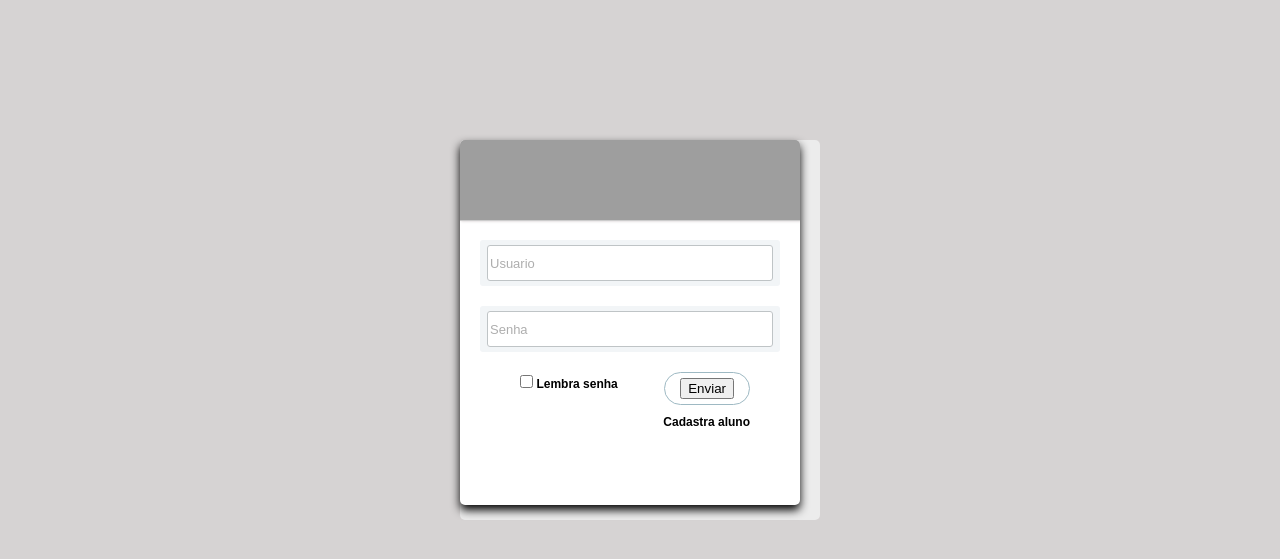
Repository: luisjonson/ProjetoWebAcademia
Page: http://localhost/RepositorioWebProject/Login.jsp
An editor plug-in stored every save of this project. The page is shown before and after the next save, followed by the edit.
The browser window is 1280 px wide. The pictures show the whole page.
Pictures or frames that could not be fetched are drawn as grey boxes. The page is served by Tomcat 9.

Above is the page before, as saved 2017-04-10 01:57:18.

After the next save:
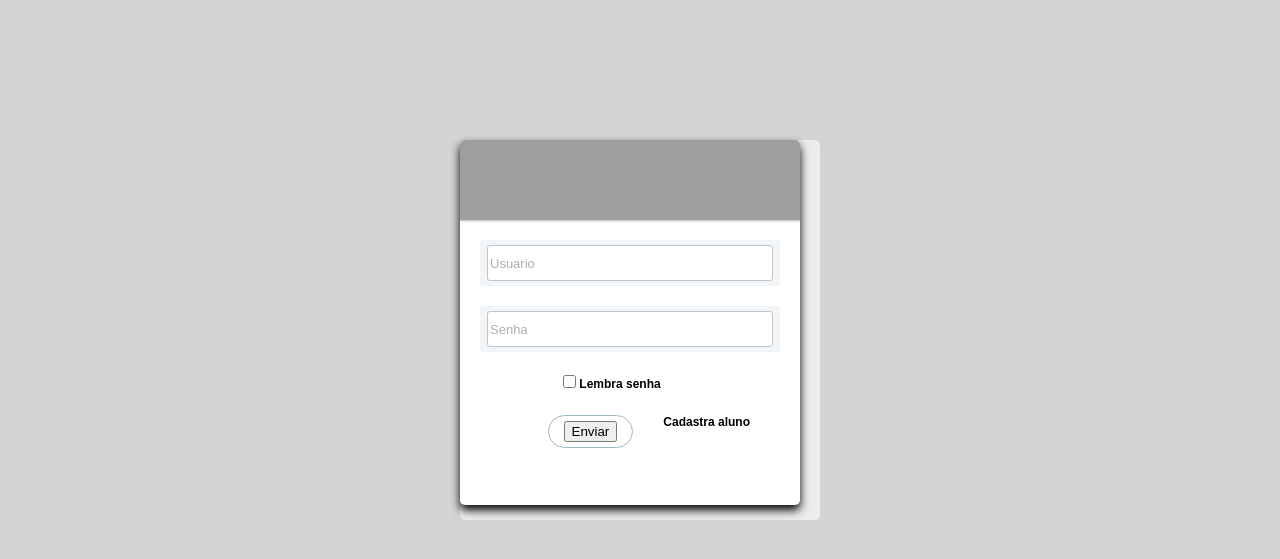
Saved 92 s later.
--- a/Projeto_Web/RepositorioWebProject/WebContent/Login.jsp
+++ b/Projeto_Web/RepositorioWebProject/WebContent/Login.jsp
@@ -121,10 +121,11 @@ body {
 				</div>
 
                 <div id="botoes">
-                  <div id="botao" ><input type="submit" name="enviar" value="Enviar"></div>
+
                   <div id="lembra-senha"><input type="checkbox"/>Lembra senha</div><br><br>
                   <div id="CadastraAluno">Cadastra aluno</div>
                   </div>
+                   <div id="botao" ><input type="submit" name="enviar" value="Enviar"></div>
               </div>
          </div>
 	</div>
